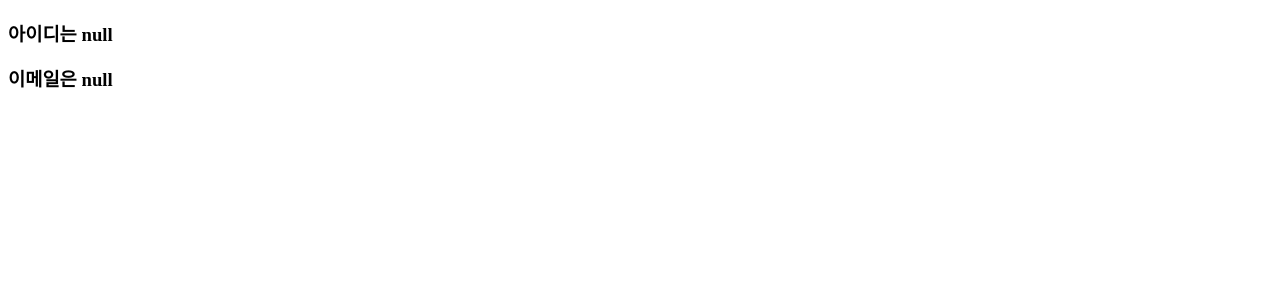
Repository: BartsimisraB/JavaPractice_
Page: http://localhost/Webpractice7/MemberJoinProc.jsp
The author's editor kept a copy of each file at every save. The page is drawn from the files as they stood at one save, then again after the next save.
The browser window is 1280 px wide. The pictures show the whole page.
The page is served by Tomcat 9. Other server files are loaded and not shown.

Above is the page before, as saved 2023-01-12 07:12:11.

### Webpractice7/src/main/webapp/MemberJoinProc.jsp
<%@ page language="java" contentType="text/html; charset=UTF-8"
    pageEncoding="UTF-8"%>
<!DOCTYPE html>
<html>
<head>
<meta charset="UTF-8">
<title>Insert title here</title>
</head>
<body>
<%
	request.setCharacterEncoding("UTF-8");
%>
<!-- request로 넘어온 데이터를 자바빈즈랑 매핑시켜주는 useBean -->
 <jsp:useBean id = "sbean" class = "bean.StuBean">
	<!-- 객체 생성 StuBean sbean = new StuBean(); -->

	<!-- jsp 내용을 자바빈 클래스에 데이터를 매핑(넣어)해준다 -->
	<jsp:setProperty name = "sbean" property="*"/>
	<!-- 자동으로 전부 다 매핑시켜라 -->
</jsp:useBean>

<h3>아이디는 <jsp:getProperty property = "id" name = "sbean"/></h3>
<h3>이메일은 <jsp:getProperty property = "email" name = "sbean"/></h3>
</body>
</html>

### Webpractice7/src/main/java/bean/StuBean.java
package bean;

public class StuBean {

	private String id;
	private String pass;
	private String email;
	private String tel;
	private String addr;

	public String getId() {
		return id;
	}

	public void setId(String id) {
		this.id = id;
	}

	public String getPass() {
		return pass;
	}

	public void setPass(String pass) {
		this.pass = pass;
	}

	public String getEmail() {
		return email;
	}

	public void setEmail(String email) {
		this.email = email;
	}

	public String getTel() {
		return tel;
	}

	public void setTel(String tel) {
		this.tel = tel;
	}

	public String getAddr() {
		return addr;
	}

	public void setAddr(String addr) {
		this.addr = addr;
	}
}

After the next save:
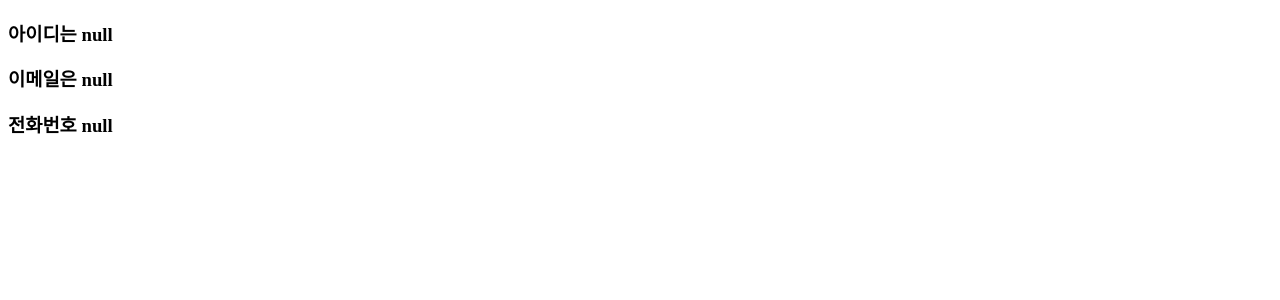
Saved 19 s later.
--- a/Webpractice7/src/main/webapp/MemberJoinProc.jsp
+++ b/Webpractice7/src/main/webapp/MemberJoinProc.jsp
@@ -21,5 +21,6 @@
 
 <h3>아이디는 <jsp:getProperty property = "id" name = "sbean"/></h3>
 <h3>이메일은 <jsp:getProperty property = "email" name = "sbean"/></h3>
+<h3>전화번호 <%=sbean.getTel() %></h3>
 </body>
 </html>
